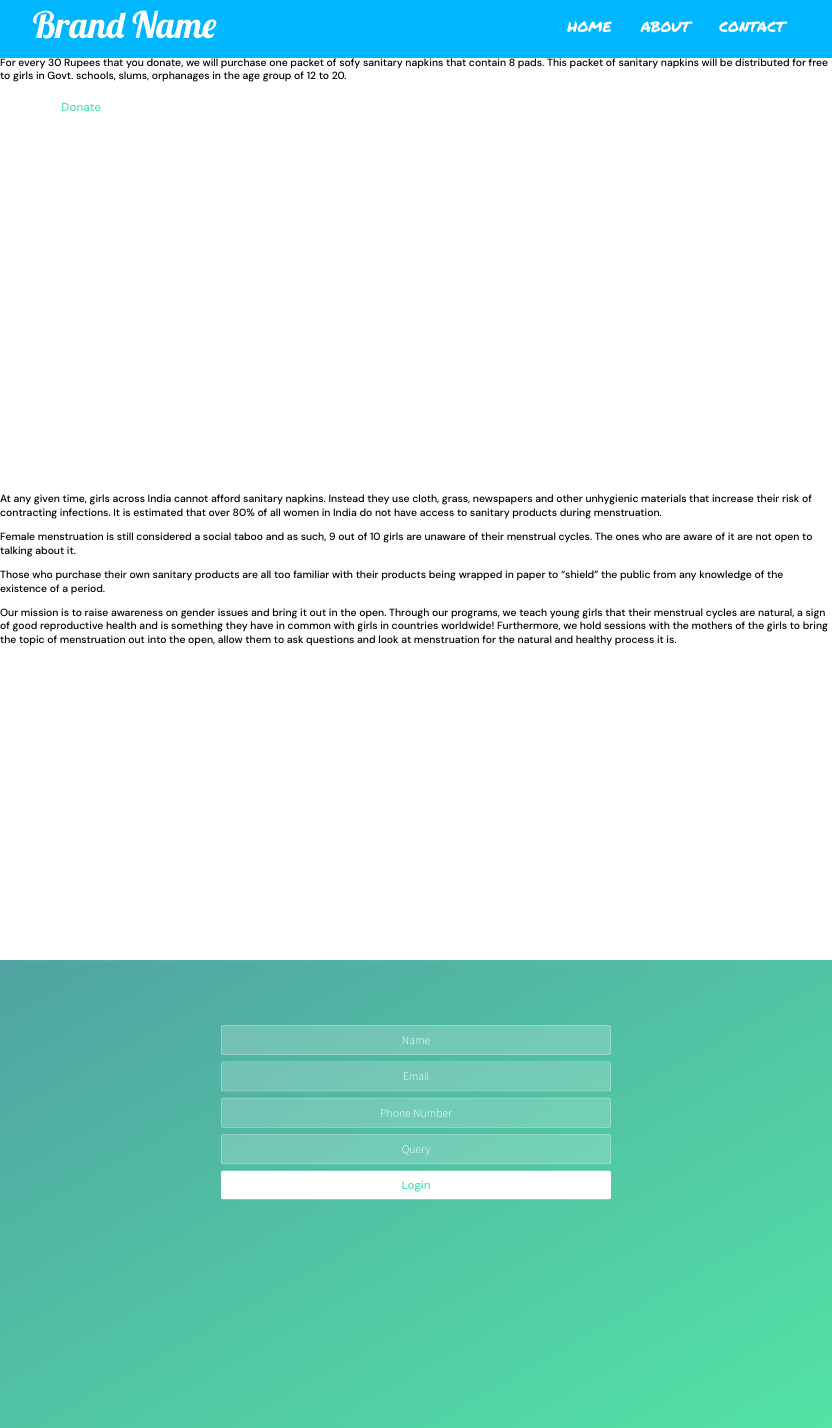
Repository: Jrap-bit/PeriodofSharing
Page: index.html
These files come from the project's save history. The page is drawn as it stood at one moment and after a run of saves; the edit follows.
The browser window is 1280 px wide. The pictures show the whole page, at 65% of full size.

Above is the page before, as saved 2022-01-15 13:07:29.

### index.html
<!DOCTYPE html>
<html lang="en">
  <head>
    <meta charset="UTF-8" />
    <meta http-equiv="X-UA-Compatible" content="IE=edge" />
    <meta name="viewport" content="width=device-width, initial-scale=1.0" />
    <link rel="stylesheet" href="style.css" />
    <title>#PeriodofSharing</title>
  </head>
  <body>
    <nav class="navbar">
      <div class="brand-title">Brand Name</div>
      <a href="#" class="toggle-button">
        <span class="bar"></span>
        <span class="bar"></span>
        <span class="bar"></span>
      </a>
      <div class="navbar-links">
        <ul>
          <li><a href="#Home">HOME</a></li>
          <li><a href="#About">ABOUT</a></li>
          <li><a href="#Contact">CONTACT</a></li>
        </ul>
      </div>
    </nav>
    <div id="Home" class="home">
      <h1>#PeriodofSharing</h1>
      <p>
        For every 30 Rupees that you donate, we will purchase one packet of sofy
        sanitary napkins that contain 8 pads. This packet of sanitary napkins
        will be distributed for free to girls in Govt. schools, slums,
        orphanages in the age group of 12 to 20.
      </p>
      <div>
        <a href="Donate.html"><button class="donate-button">Donate</button></a>
      </div>
    </div>
    <div id="About" class="about">
      <p>
        At any given time, girls across India cannot afford sanitary napkins.
        Instead they use cloth, grass, newspapers and other unhygienic materials
        that increase their risk of contracting infections. It is estimated that
        over 80% of all women in India do not have access to sanitary products
        during menstruation.
      </p>
      <p>
        Female menstruation is still considered a social taboo and as such, 9
        out of 10 girls are unaware of their menstrual cycles. The ones who are
        aware of it are not open to talking about it.
      </p>
      <p>
        Those who purchase their own sanitary products are all too familiar with
        their products being wrapped in paper to “shield” the public from any
        knowledge of the existence of a period.
      </p>
      <p>
        Our mission is to raise awareness on gender issues and bring it out in
        the open. Through our programs, we teach young girls that their
        menstrual cycles are natural, a sign of good reproductive health and is
        something they have in common with girls in countries worldwide!
        Furthermore, we hold sessions with the mothers of the girls to bring the
        topic of menstruation out into the open, allow them to ask questions and
        look at menstruation for the natural and healthy process it is.
      </p>
    </div>
    <div class="contact" id="Contact">
      <div class="wrapper">
        <div class="container">
          <form class="form">
            <input type="text" placeholder="Name" />
            <input type="text" placeholder="Email" />
            <input type="text" placeholder="Phone Number" />
            <input type="text" placeholder="Query" />
            <button type="submit" id="login-button">Login</button>
          </form>
        </div>
      </div>
    </div>
  </body>
</html>

### style.css
@import url('https://fonts.googleapis.com/css2?family=DM+Sans:wght@500&display=swap');
@import url('https://fonts.googleapis.com/css2?family=Bebas+Neue&family=Lobster&family=Permanent+Marker&display=swap');
@import url('https://fonts.googleapis.com/css?family=Source+Sans+Pro:200,300');


* {
    box-sizing: border-box;
    font-family: 'DM Sans', sans-serif;
    font-weight: 300;
}

body {
    margin: 0;
    padding: 0;
    font-family: 'Source Sans Pro', sans-serif;
	 color: black;
	 font-weight: 300;
}

body ::-webkit-input-placeholder {
    font-family: 'Source Sans Pro', sans-serif;
    color: white;
    font-weight: 300;
}
body :-moz-placeholder {
    font-family: 'Source Sans Pro', sans-serif;
    color: white;
    opacity: 1;
    font-weight: 300;
}
body ::-moz-placeholder {
    font-family: 'Source Sans Pro', sans-serif;
    color: white;
    opacity: 1;
    font-weight: 300;
}
body :-ms-input-placeholder {
    font-family: 'Source Sans Pro', sans-serif;
    color: white;
    font-weight: 300;
}
.wrapper {
    background: #50a3a2;
    background: -webkit-linear-gradient(top left,#50a3a2 0%,#53e3a6 100%);
    background: -moz-linear-gradient(top left,#50a3a2 0%,#53e3a6 100%);
    background: -o-linear-gradient(top left,#50a3a2 0%,#53e3a6 100%);
    background: linear-gradient(to bottom right,#50a3a2 0%,#53e3a6 100%);
    position: absolute;
    left: 0;
    width: 100%;
    height: 100vh;
    overflow: hidden;
}
.wrapper.form-success .container h1 {
    transform: translateY(85px);
}
.container {
    max-width: 600px;
    margin: 0 auto;
    padding: 80px 0;
    height: 400px;
    text-align: center;
}
.container h1 {
    font-size: 40px;
    transition-duration: 1s;
    transition-timing-function: ease-in-put;
    font-weight: 200;
}
form {
    align-items: center;
    padding: 20px 0;
    position: relative;
    z-index: 2;
}
form input {
    display: block;
    appearance: none;
    outline: 0;
    border: 1px solid rgba(255,255,255,0.4);
    background-color: rgba(255,255,255,0.2);
    width: 100%;
    border-radius: 3px;
    padding: 10px 15px;
    margin: 0 auto 10px auto;
    text-align: center;
    font-size: 18px;
    color: white;
    transition-duration: 0.25s;
    font-weight: 300;
}
form input:hover {
    background-color: rgba(255,255,255,0.4);
}
form input:focus {
    background-color: white;
    width: 300px;
    color: #53e3a6;
}
form button {
    appearance: none;
    outline: 0;
    background-color: white;
    border: 0;
    padding: 10px 15px;
    color: #53e3a6;
    border-radius: 3px;
    width: 100%;
    cursor: pointer;
    font-size: 18px;
    transition-duration: 0.25s;
}
form button:hover {
    background-color: #f5f7f9;
}

html{
    scroll-behavior: smooth;
}

.donate-button{
    appearance: none;
    outline: 0;
    background-color: white;
    border: 0;
    padding: 10px 15px;
    color: #53e3a6;
    border-radius: 3px;
    width: 250px;
    cursor: pointer;
    font-size: 18px;
    transition-duration: 0.25s;
}
.donate-button:hover{
    background-color: #f5f7f9;
}

.navbar{
    display: flex;
    justify-content: space-between;
    align-items: center;
    background-color: rgb(0, 183, 255);
    color: white;
    width: 100%;
    margin-top: -30px;
    position: fixed;
}

.brand-title{
    font-family: 'Lobster', cursive;
    font-size: 3.5rem;
    margin: 10px 50px;
    margin-bottom: 15px;

}

.navbar-links ul{
    margin: 10px 50px 10px 50px;
    display: flex;
}

.navbar-links li {
    font-family: 'Permanent Marker', cursive;
    font-weight: bold;
    list-style: none;
    font-size: 1.4rem;

}

.navbar-links li a{
    font-family: 'Permanent Marker', cursive;
    text-decoration: none;
    color: white;
    padding: 1.4rem;
    display: block;
}

.navbar-links li:hover{
    background-color: rgb(1, 54, 75);
}

.toggle-button {
    position: absolute;
    top: .75rem;
    right: 1rem;
    display: none;
    flex-direction: column;
    justify-content: space-between;
    width: 30px;
    height: 21px;
}

.toggle-button .bar{
    height: 3px;
    width: 100%;
    background-color: white;
    border-radius: 10px;
}
.about{
    height: 100vh;

}

.home{
    height: 100vh;
}

@media (max-width: 800px) {
    .toggle-button{
        display: flex;
    }
    .navbar-links{
        display: none;
        width: 100%;
    }

    .navbar{
        flex-direction: column;
        align-items: flex-start;
    }

    .navbar-links ul {
        flex-direction: column;
        width: 100%;

    }

    .navbar-links li{
        text-align: center;
    }

    .navbar-links li a{
        padding: 0.5rem 1rem;
    }

    .navbar-links.active{
        display: flex;
    }

    .toggle-button:hover{
        background-color: #666;
    }
}

After the next 2 saves:
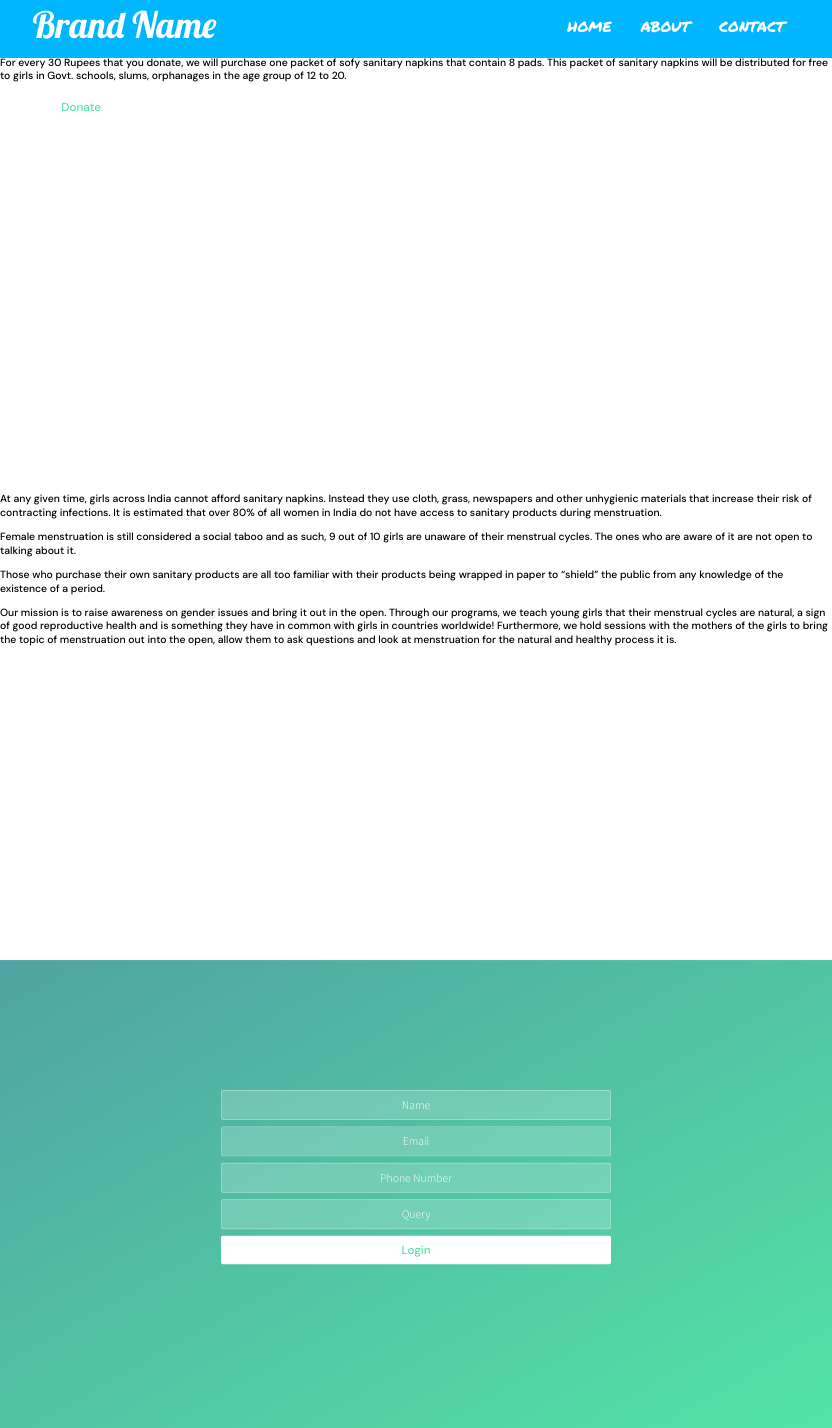
The 2 saves are shown as one change because they came seconds apart.
The last was saved 46 s later.
--- a/style.css
+++ b/style.css
@@ -68,7 +68,7 @@ body :-ms-input-placeholder {
     font-weight: 200;
 }
 form {
-    align-items: center;
+    margin-top: 100px;
     padding: 20px 0;
     position: relative;
     z-index: 2;
